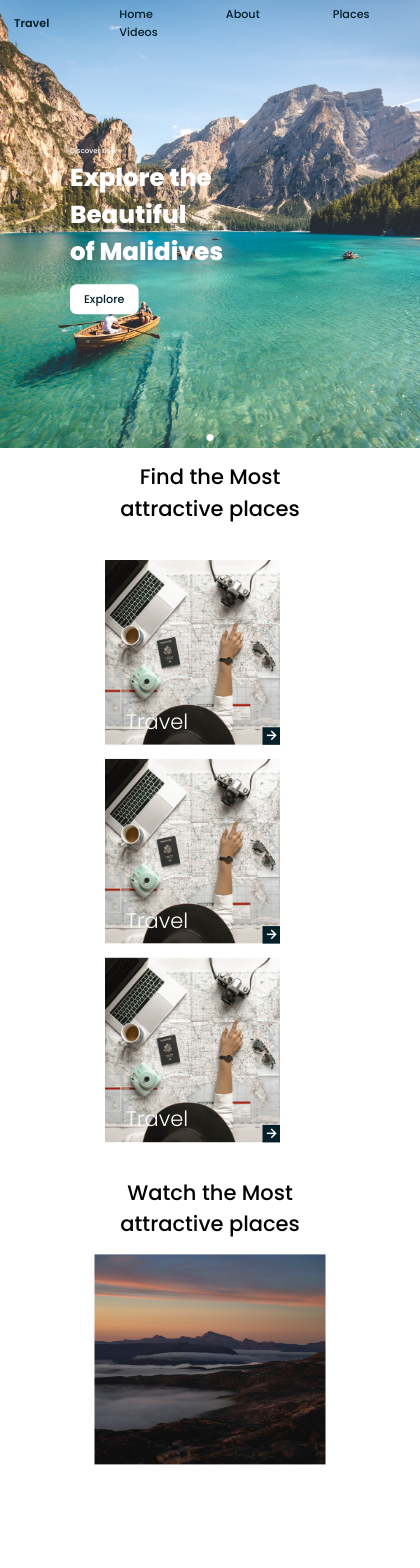
Repository: OmniaRafat232111121/Traveling
Page: index.html
An editor plug-in stored every save of this project. The page is shown before and after the next save, followed by the edit.
The browser window is 600 px wide. The pictures show the part of the page from y = 0 to 2240 px (the page is 4437 px tall), at 70% of full size.

Above is the page before, as saved 2022-12-20 13:29:36.

After the next save:
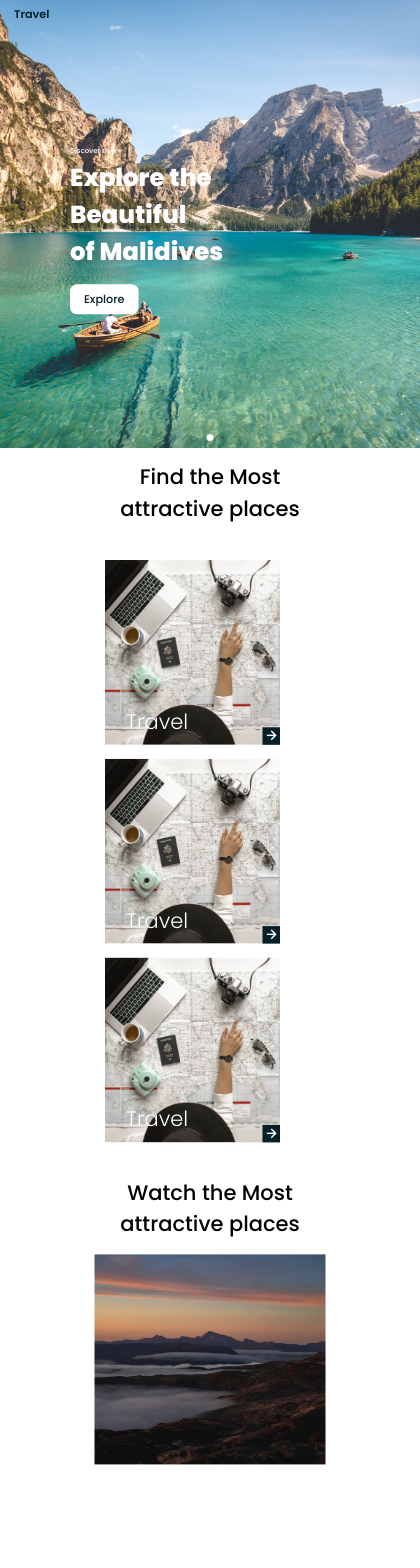
Saved 7 s later.
--- a/css/style.css
+++ b/css/style.css
@@ -46,7 +46,8 @@ position: relative;
 top:-2px;
 }
 @media(max-width:700px){
-    nav ul li a{\
+    nav ul li a{
+        display:none;
     }
 }
 nav ul li{
